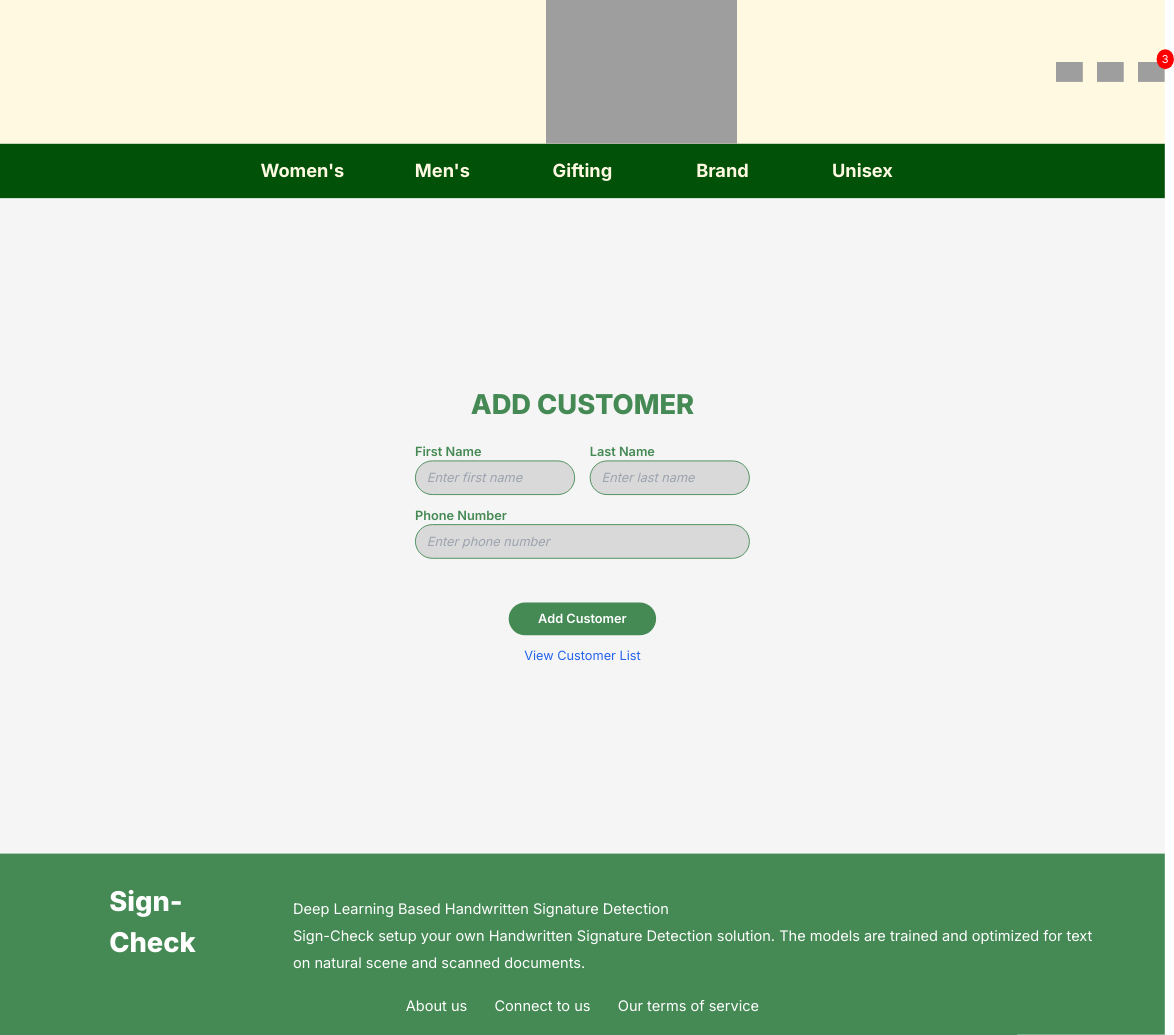
Repository: kimngan2809/AIproject
Page: /add-customer (app in frontend/)
These files come from the project's save history. The page is drawn as it stood at one moment and after the next save; the edit follows.
The browser window is 1280 px wide. The page is 1290 px wide, so the pictures cover 1290 px, including what lies to the right of the window. The pictures show the whole page, at 91% of full size.
Pictures or frames that could not be fetched are drawn as grey boxes. The page's requests for data from a server got no answer. The project was rebuilt for these pictures with package versions that can differ from the ones it lists, and the page was loaded fresh each time. The framework's server and built-in components were replaced by stand-ins that run in the browser. No one was signed in, and anything a server would have sent is missing. Also part of the build but not shown: frontend/next.config.mjs.

Above is the page before, as saved 2024-10-07 00:36:58.

After the next save:
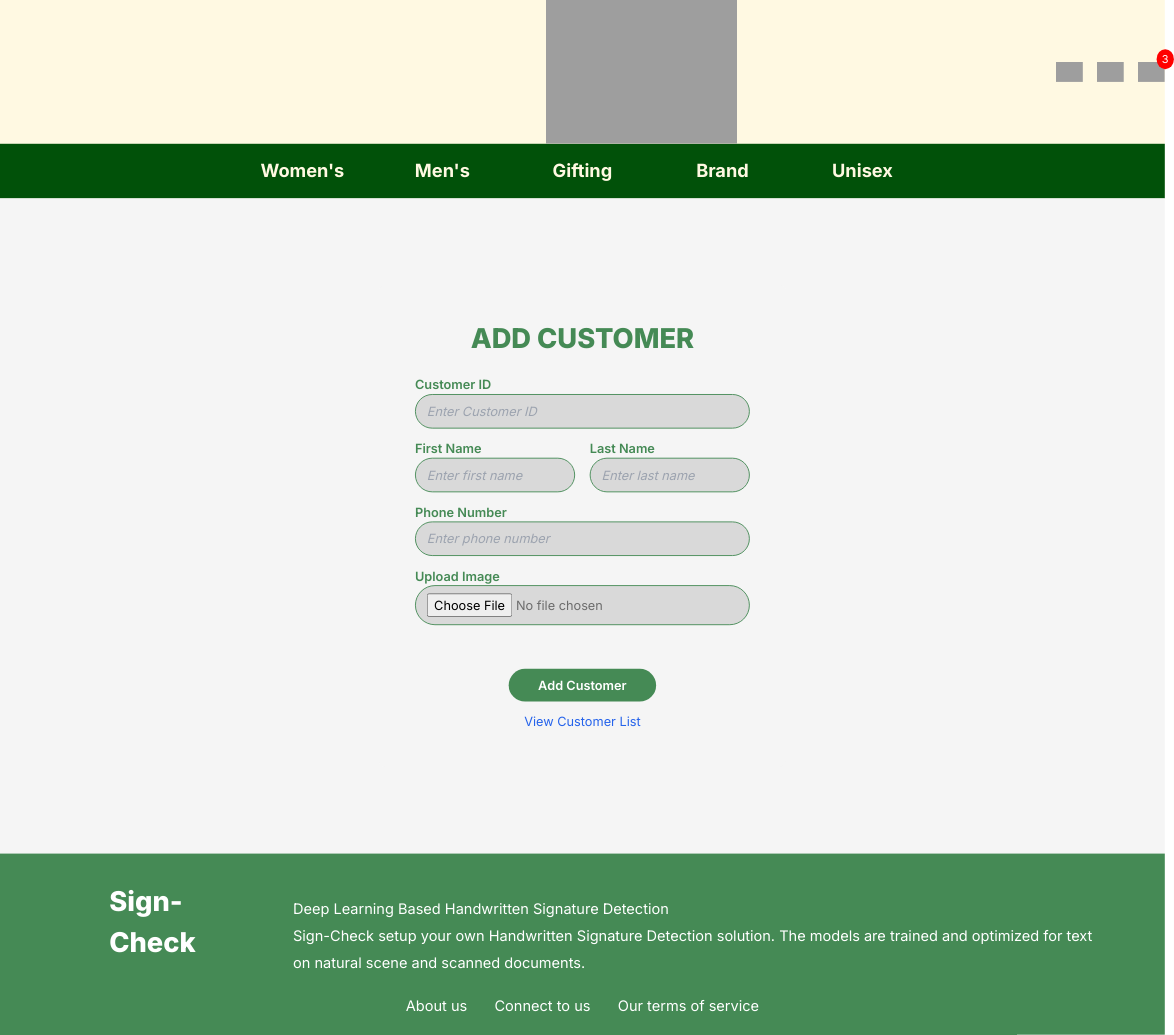
Saved 3 min 27 s later.
--- a/frontend/src/app/add-customer/page.jsx
+++ b/frontend/src/app/add-customer/page.jsx
@@ -5,14 +5,15 @@ import { useRouter } from "next/navigation";
 const AddCustomer = () => {
   const [firstName, setFirstName] = useState("");
   const [lastName, setLastName] = useState("");
-  const [address, setAddress] = useState("");
   const [phoneNumber, setPhoneNumber] = useState("");
+  const [customerId, setCustomerId] = useState(""); // Trường ID khách hàng
+  const [image, setImage] = useState(null); // Trường tải ảnh
   const [errorText, setErrorText] = useState("");
   const router = useRouter();
 
   const onAddCustomerClick = (e) => {
     e.preventDefault();
-    if (!firstName || !lastName  || !phoneNumber || !username ) {
+    if (!firstName || !lastName || !phoneNumber || !customerId || !image) {
       setErrorText("Please fill out all fields!");
       return;
     }
@@ -24,12 +25,30 @@ const AddCustomer = () => {
     router.push("/customers");
   };
 
+  const handleImageChange = (e) => {
+    setImage(e.target.files[0]); // Lưu ảnh được tải lên
+  };
+
   return (
     <div className="flex min-h-screen items-center justify-center px-6 py-12 lg:px-8 bg-[#F5F5F5]">
       <div className="flex flex-col w-full max-w-md bg-[#F5F5F5] rounded-lg overflow-hidden">
         <div className="p-10 bg-[#F5F5F5]">
           <form className="space-y-3" onSubmit={onAddCustomerClick}>
             <h1 className="text-3xl font-extrabold text-[#458A55] mb-6 text-center">ADD CUSTOMER</h1>
+
+            <div className="space-y-0">
+              <label htmlFor="customerId" className="block text-sm font-semibold text-[#458A55]">Customer ID</label>
+              <input
+                id="customerId"
+                name="customerId"
+                type="text"
+                placeholder="Enter Customer ID"
+                value={customerId}
+                onChange={(e) => setCustomerId(e.target.value)}
+                required
+                className="mt-1 block w-full px-3 py-2 bg-[#D9D9D9] border border-[#458A55] rounded-full text-sm text-[#00000080] focus:outline-none placeholder:italic"
+              />
+            </div>
 
             <div className="flex space-x-4 space-y-0">
               <div className="w-1/2 space-y-0">
@@ -75,6 +94,18 @@ const AddCustomer = () => {
               />
             </div>
 
+            <div className="space-y-0">
+              <label htmlFor="image" className="block text-sm font-semibold text-[#458A55]">Upload Image</label>
+              <input
+                id="image"
+                name="image"
+                type="file"
+                accept="image/*" // Chỉ chấp nhận các định dạng ảnh
+                onChange={handleImageChange}
+                required
+                className="mt-1 block w-full px-3 py-2 bg-[#D9D9D9] border border-[#458A55] rounded-full text-sm text-[#00000080] focus:outline-none placeholder:italic"
+              />
+            </div>
 
             <div style={{ minHeight: "24px" }}>
               {errorText && <span style={{ color: "red" }}>{errorText}</span>}
